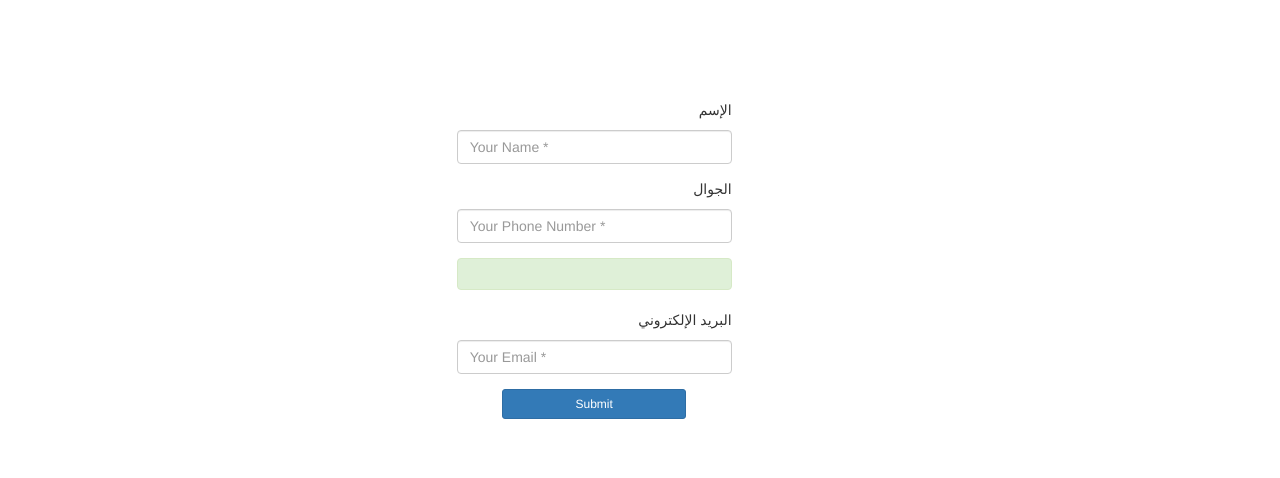
Repository: Abdaljawad-Aya/Itbeep-task
Page: http://localhost/form-user
The author's editor kept a copy of each file at every save. The page is drawn from the files as they stood at one save, then again after the next save.
The browser window is 1280 px wide. The pictures show the whole page.
The page is served by the project's Laravel application, run on PHP 8.4 with Laravel 8.

Above is the page before, as saved 2021-03-07 21:23:01.
Console error: TypeError: $(...).validate is not a function

After the next save:
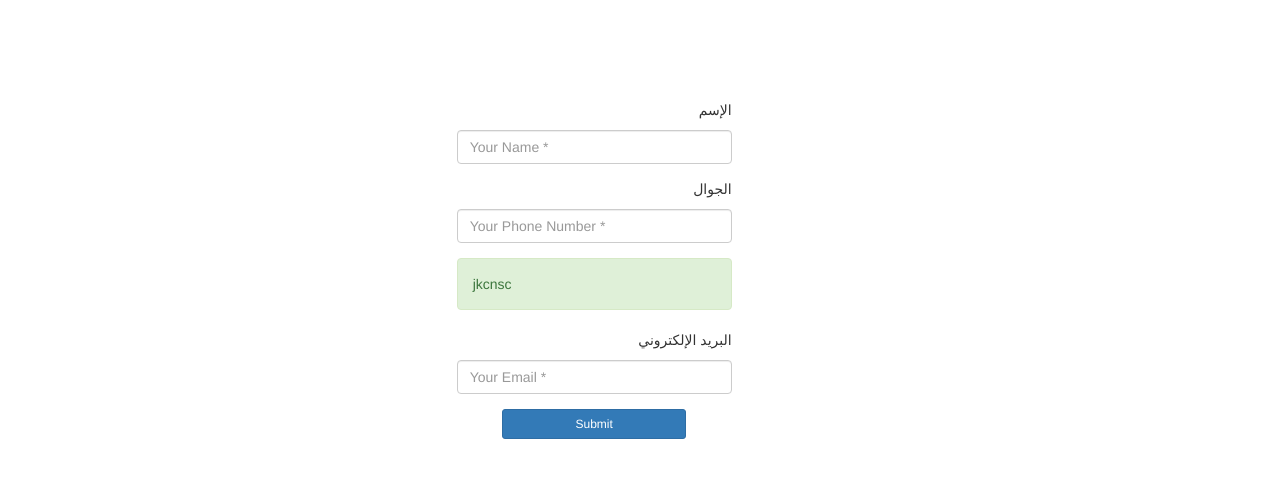
Saved 26 s later.
--- a/singlePageApp/resources/views/form-user.blade.php
+++ b/singlePageApp/resources/views/form-user.blade.php
@@ -59,7 +59,7 @@
          @endif
         </div>
         <div class="alert alert-success d-none" id="msg_div">
-            <span id="res_message"></span>
+            <span id="res_message"> jkcnsc</span>
         </div>
          {{-- EMAIL --}}
          <div class="form-group" {{$errors->has('email') ? 'has-error' : ''}}>
